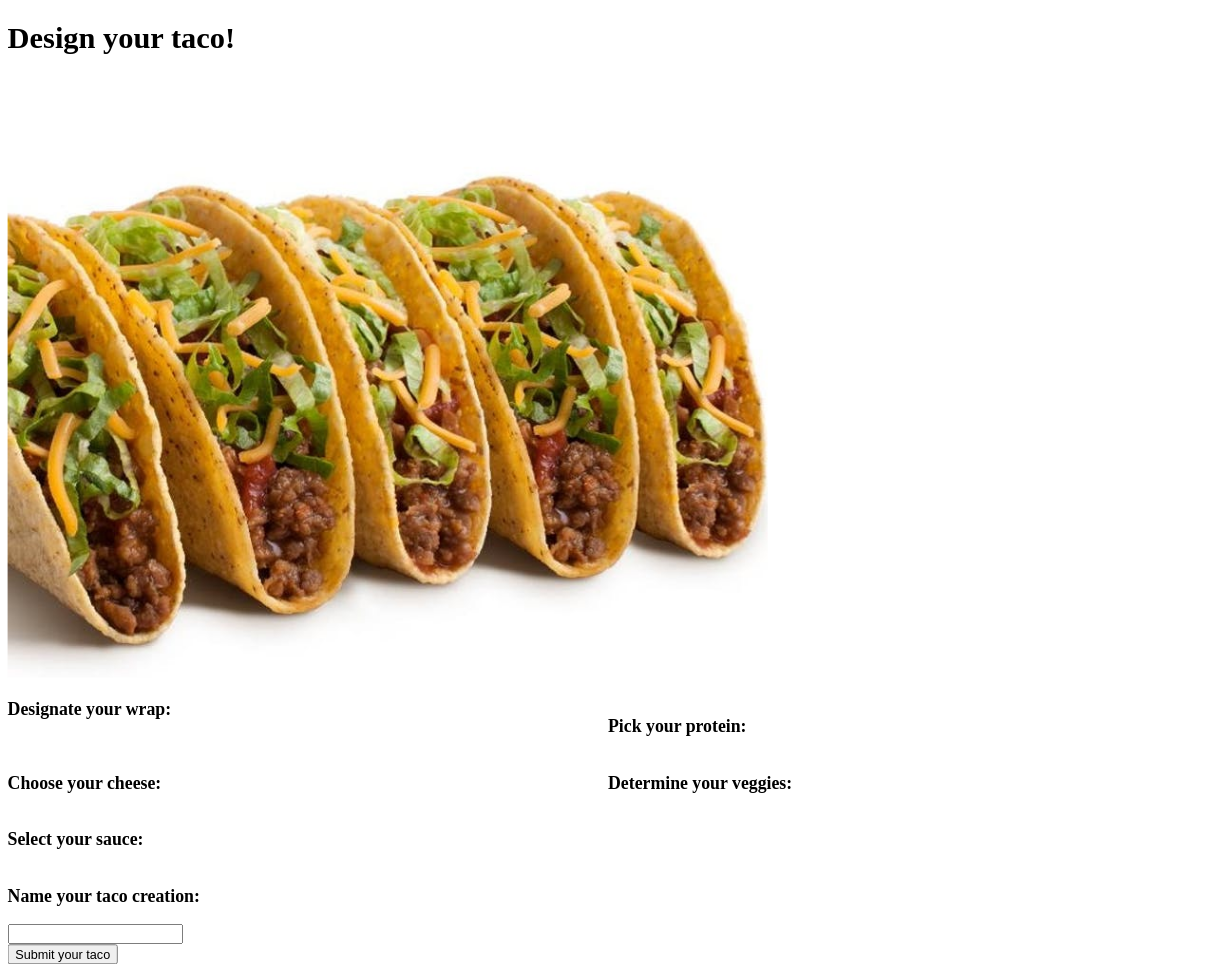
Repository: LucaFinizio/Tacos
Page: http://localhost/design
These files come from the project's save history. The page is drawn as it stood at one moment and after the next save; the edit follows.
The browser window is 1280 px wide. The pictures show the whole page, at 95% of full size.
The page is this project's Thymeleaf template; nobody is signed in. The template is opened directly, without the code that normally fills it, so the values that code supplies are empty.

Above is the page before, as saved 2019-09-12 10:09:13.

### taco-cloud/src/main/resources/templates/design.html
<!DOCTYPE html>
<html xmlns="http://www.w3.org/1999/xhtml"
      xmlns:th="http://www.thymeleaf.org">
  <head>
    <title>Taco Cloud</title>
    <link rel="stylesheet" th:href="@{/styles.css}" />
  </head>

  <body>
    <h1>Design your taco!</h1>
    <img th:src="@{/images/TacoCloud.jpg}"/>

    <form method="POST" th:object="${design}">

    <div class="grid">
      <div class="ingredient-group" id="wraps">
      <h3>Designate your wrap:</h3>
      <div th:each="ingredient : ${wrap}">
        <input name="ingredients" type="checkbox" th:value="${ingredient.id}" />
        <span th:text="${ingredient.name}">INGREDIENT</span>
      </div>
      </div>
	  &nbsp;
	  <div class="ingredient-group" id="proteins">
      <h3>Pick your protein:</h3>
      <div th:each="ingredient : ${protein}">
        <input name="ingredients" type="checkbox" th:value="${ingredient.id}" />
        <span th:text="${ingredient.name}">INGREDIENT</span><br/>
      </div>
      </div>

	  <div class="ingredient-group" id="cheeses">
      <h3>Choose your cheese:</h3>
      <div th:each="ingredient : ${cheese}">
        <input name="ingredients" type="checkbox" th:value="${ingredient.id}" />
        <span th:text="${ingredient.name}">INGREDIENT</span>
      </div>
      </div>

	  <div class="ingredient-group" id="veggies">
      <h3>Determine your veggies:</h3>
      <div th:each="ingredient : ${veggies}">
        <input name="ingredients" type="checkbox" th:value="${ingredient.id}" />
        <span th:text="${ingredient.name}">INGREDIENT</span><br/>
      </div>
      </div>

	  <div class="ingredient-group" id="sauces">
      <h3>Select your sauce:</h3>
      <div th:each="ingredient : ${sauce}">
        <input name="ingredients" type="checkbox" th:value="${ingredient.id}" />
        <span th:text="${ingredient.name}">INGREDIENT</span><br/>
      </div>
      </div>
      </div>

      <div>
      <h3>Name your taco creation:</h3>
      <!--<input type="text" th:field="*{name}"/>-->
      <input type="text" name="*{name}">
      <br/>

      <button>Submit your taco</button>
      </div>
    </form>
  </body>
</html>

Loaded but not shown: taco-cloud/src/main/resources/static/styles.css (common file)

After the next save:
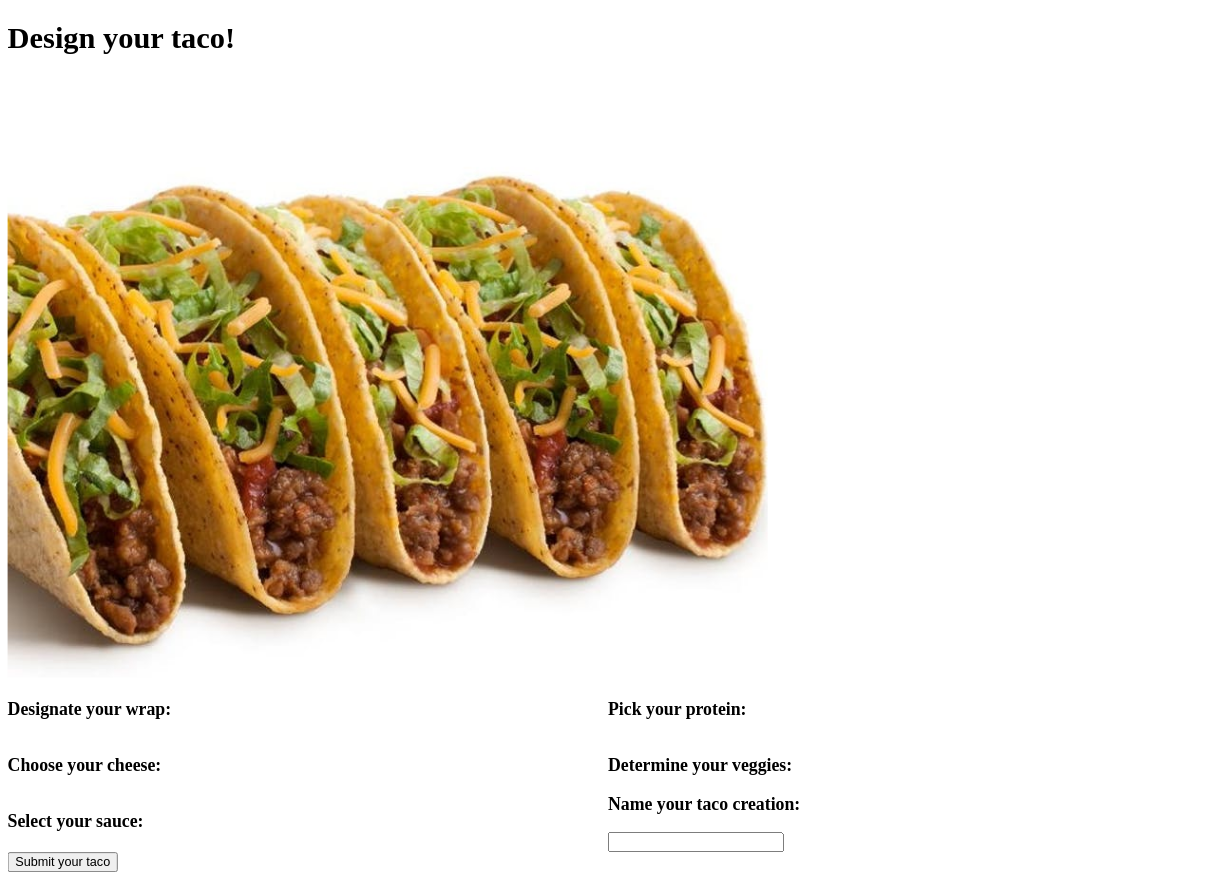
Saved 3 min 6 s later.
--- a/taco-cloud/src/main/resources/templates/design.html
+++ b/taco-cloud/src/main/resources/templates/design.html
@@ -12,6 +12,7 @@
 
     <form method="POST" th:object="${design}">
 
+
     <div class="grid">
       <div class="ingredient-group" id="wraps">
       <h3>Designate your wrap:</h3>
@@ -20,7 +21,7 @@
         <span th:text="${ingredient.name}">INGREDIENT</span>
       </div>
       </div>
-	  &nbsp;
+
 	  <div class="ingredient-group" id="proteins">
       <h3>Pick your protein:</h3>
       <div th:each="ingredient : ${protein}">
@@ -28,6 +29,7 @@
         <span th:text="${ingredient.name}">INGREDIENT</span><br/>
       </div>
       </div>
+	 </div>
 
 	  <div class="ingredient-group" id="cheeses">
       <h3>Choose your cheese:</h3>
